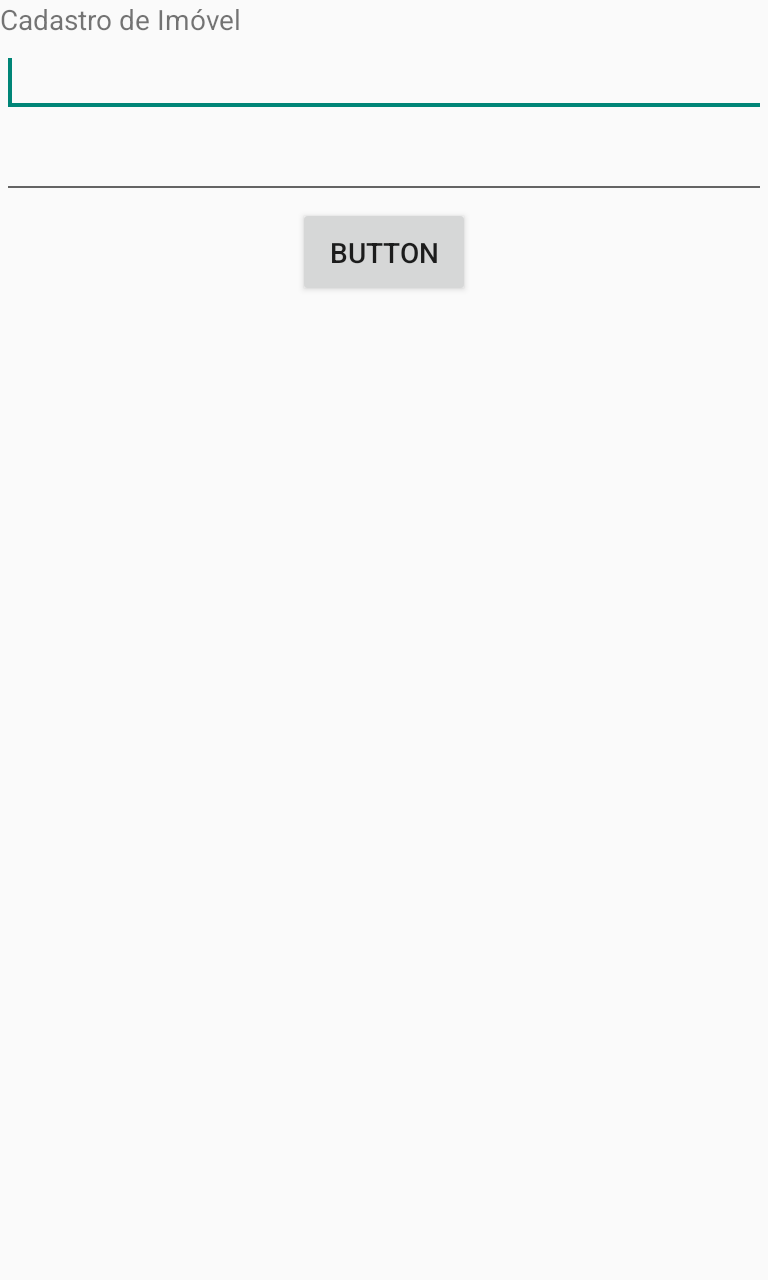
Repository: willianjean/androidProject
Layout: Aula05/res/layout/activity_main.xml
An editor plug-in stored every save of this project. The layout is shown before and after the next save, followed by the edit.
It is drawn on a 768 x 1280 px phone screen (xhdpi) without system bars, with theme AppTheme; the app's code is not run.

Above is the layout before, as saved 2014-07-14 21:51:01.

After the next save:
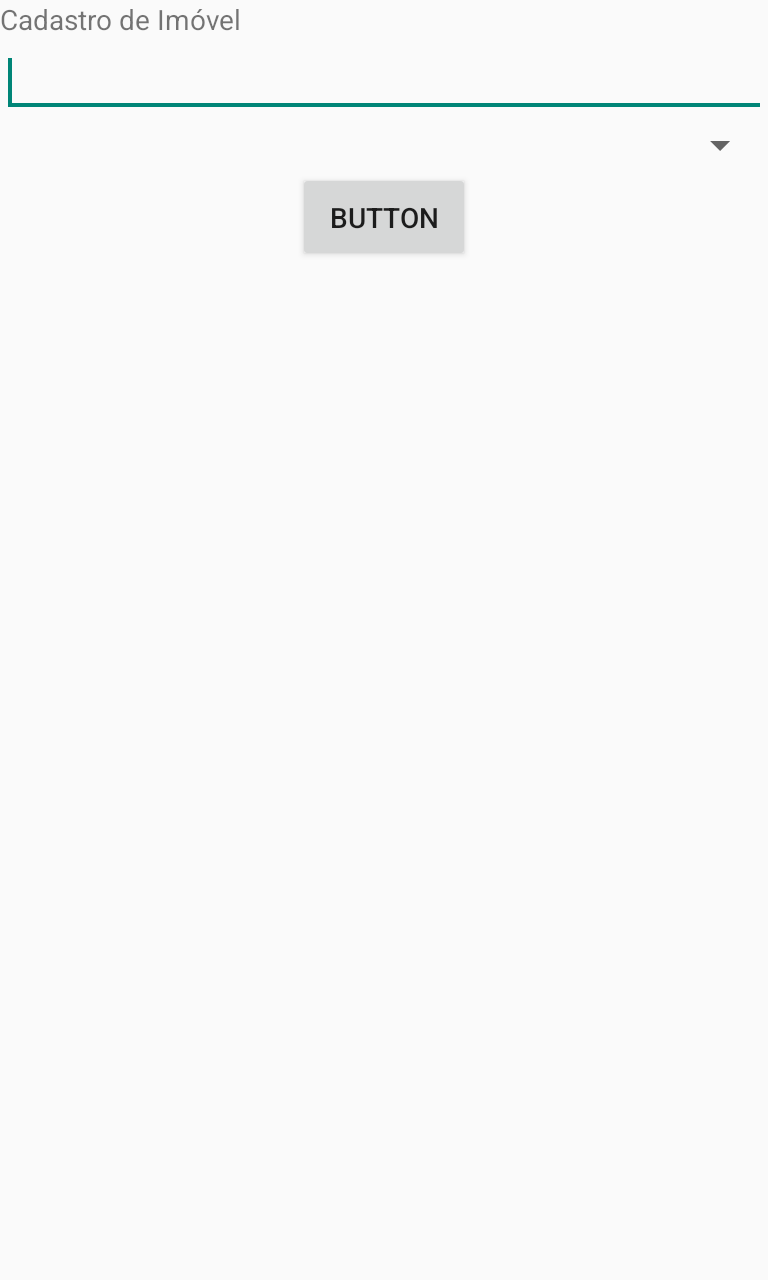
Saved 31 min 43 s later.
--- a/Aula05/res/layout/activity_main.xml
+++ b/Aula05/res/layout/activity_main.xml
@@ -22,12 +22,16 @@
         <requestFocus />
     </EditText>
 
-    <EditText
-        android:id="@+id/edtRegiao"
+<!--     <EditText -->
+<!--         android:id="@+id/edtRegiao" -->
+<!--         android:layout_width="match_parent" -->
+<!--         android:layout_height="wrap_content" -->
+<!--         android:ems="10" /> -->
+
+    <Spinner
+        android:id="@+id/spRegiao"
         android:layout_width="match_parent"
-        android:layout_height="wrap_content"
-        android:ems="10"
-        android:inputType="textPersonName" />
+        android:layout_height="wrap_content" />
 
     <Button
         android:id="@+id/btnCadastro"
